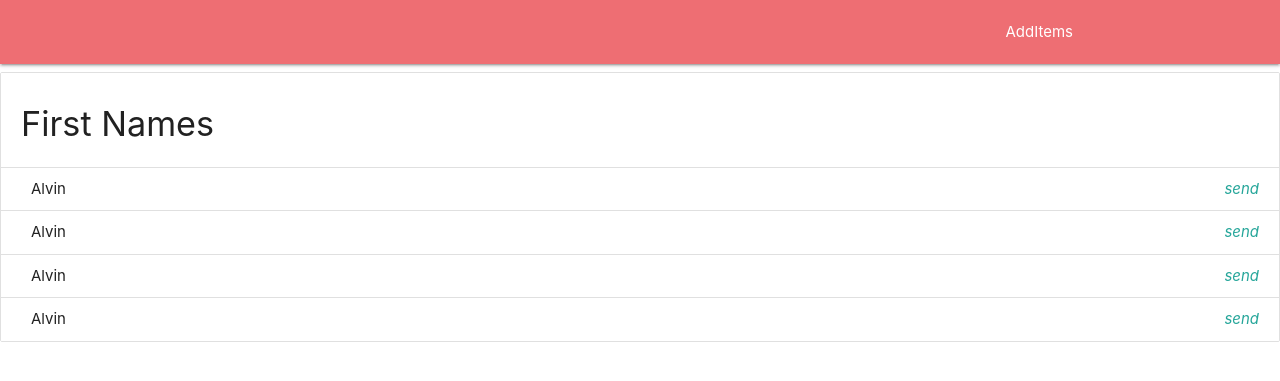
Repository: umarrg/crud-app-ejs-and-nodejs
Page: public/index.html
These files come from the project's save history. The page is drawn as it stood at one moment and after a run of saves; the edit follows.
The browser window is 1280 px wide. The pictures show the whole page.

Above is the page before, as saved 2020-12-29 11:30:56.

### public/index.html
<!DOCTYPE html>
<html lang="en">
<head>
    <meta charset="UTF-8">
    <meta name="viewport" content="width=device-width, initial-scale=1.0">
    <link rel="stylesheet" href="https://cdnjs.cloudflare.com/ajax/libs/materialize/1.0.0/css/materialize.min.css">
    <link href="https://fonts.googleapis.com/icon?family=Material+Icons" rel="stylesheet">
    <title></title>
</head>
<body>
    <nav>
        <div class="nav-wrapper container">
          <!-- <a href="#" class="brand-logo">Logo</a> -->
          <ul id="nav-mobile" class="right hide-on-med-and-down">
            <li><a href="http://localhost:9000/additem"> AddItems</a></li>

          </ul>
        </div>
      </nav>
      <div class="container"></div>
      <ul class="collection with-header">
        <li class="collection-header"><h4>First Names</h4></li>
        <li class="collection-item"><div>Alvin<a href="#!" class="secondary-content"><i class="material-icons">send</i></a></div></li>
        <li class="collection-item"><div>Alvin<a href="#!" class="secondary-content"><i class="material-icons">send</i></a></div></li>
        <li class="collection-item"><div>Alvin<a href="#!" class="secondary-content"><i class="material-icons">send</i></a></div></li>
        <li class="collection-item"><div>Alvin<a href="#!" class="secondary-content"><i class="material-icons">send</i></a></div></li>
      </ul>
</body>
</html>

After the next 2 saves:
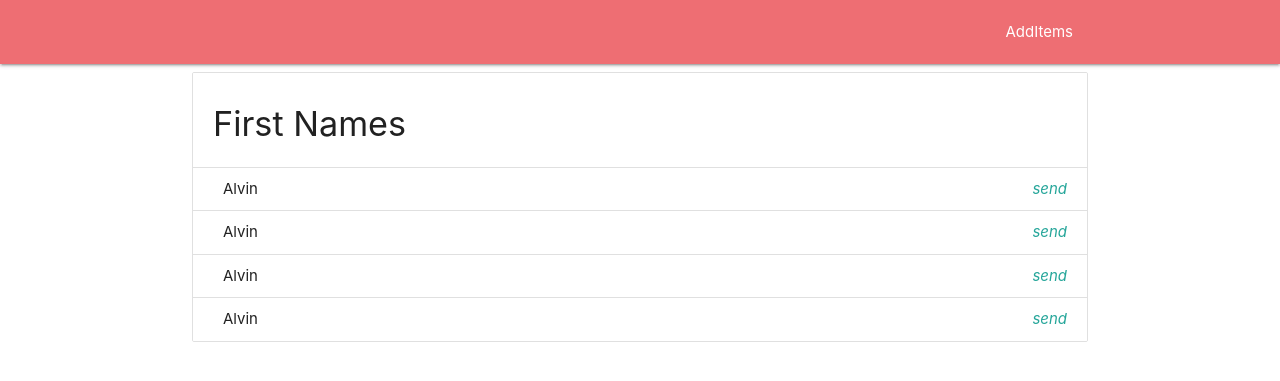
The 2 saves are shown as one change because they came seconds apart.
The last was saved 6 min 18 s later.
--- a/public/index.html
+++ b/public/index.html
@@ -17,13 +17,15 @@
           </ul>
         </div>
       </nav>
-      <div class="container"></div>
-      <ul class="collection with-header">
-        <li class="collection-header"><h4>First Names</h4></li>
-        <li class="collection-item"><div>Alvin<a href="#!" class="secondary-content"><i class="material-icons">send</i></a></div></li>
-        <li class="collection-item"><div>Alvin<a href="#!" class="secondary-content"><i class="material-icons">send</i></a></div></li>
-        <li class="collection-item"><div>Alvin<a href="#!" class="secondary-content"><i class="material-icons">send</i></a></div></li>
-        <li class="collection-item"><div>Alvin<a href="#!" class="secondary-content"><i class="material-icons">send</i></a></div></li>
-      </ul>
+      <div class="container">
+        <ul class="collection with-header">
+          <li class="collection-header"><h4>First Names</h4></li>
+          <li class="collection-item"><div>Alvin<a href="#!" class="secondary-content"><i class="material-icons">send</i></a></div></li>
+          <li class="collection-item"><div>Alvin<a href="#!" class="secondary-content"><i class="material-icons">send</i></a></div></li>
+          <li class="collection-item"><div>Alvin<a href="#!" class="secondary-content"><i class="material-icons">send</i></a></div></li>
+          <li class="collection-item"><div>Alvin<a href="#!" class="secondary-content"><i class="material-icons">send</i></a></div></li>
+        </ul>
+      </div>
+
 </body>
 </html>
